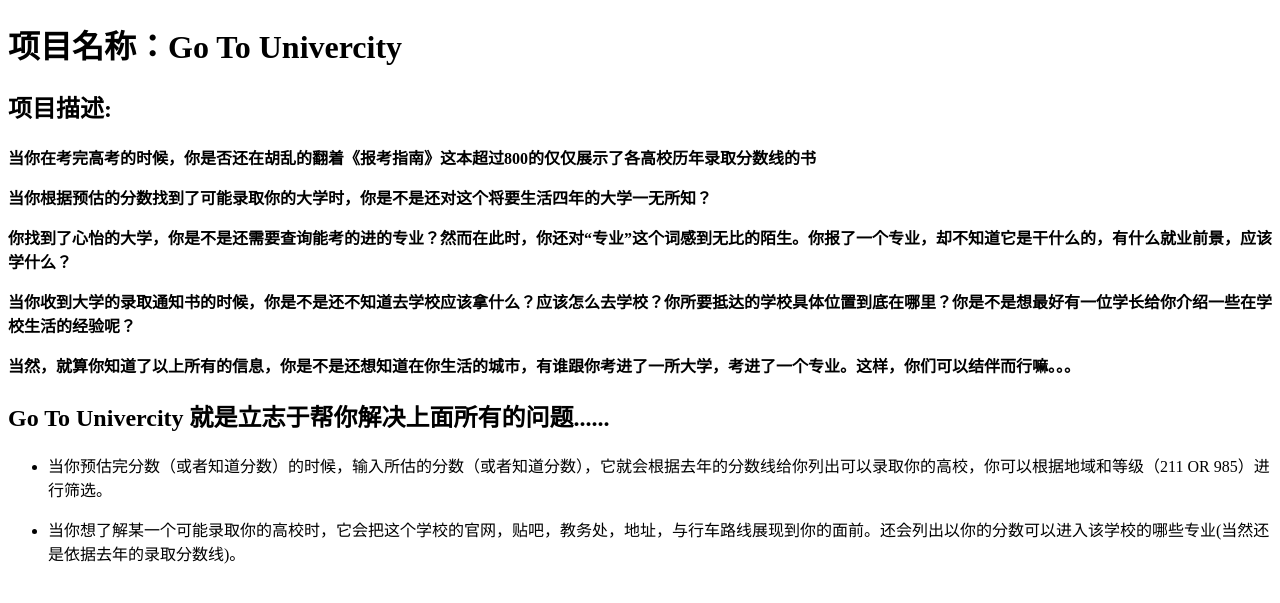
Repository: SUT-GC/GoToUnivercity
Page: http://localhost/GoToUniversity/ideasource/idea.jsp
The author's editor kept a copy of each file at every save. The page is drawn from the files as they stood at one save, then again after the next save.
The browser window is 1280 px wide. The pictures show the whole page.
The page is served by Tomcat 9. Nobody is signed in. The application's start-up code is not run.

Above is the page before, as saved 2015-11-16 11:07:52.

### GoToUniversity/WebContent/ideasource/idea.jsp
<%@ page language="java" contentType="text/html; charset=UTF-8"
    pageEncoding="UTF-8"%>
<!DOCTYPE html PUBLIC "-//W3C//DTD HTML 4.01 Transitional//EN" "http://www.w3.org/TR/html4/loose.dtd">
<html>
<head>
<meta http-equiv="Content-Type" content="text/html; charset=UTF-8">
<title>Idea Source</title>
</head>
<body>
	<div class="content">
		<div class="content_head">
			<h1>项目名称：Go To Univercity</h1>
		</div>
		<div class="content_body">
			<div class="content_body_description">
				<h2>项目描述:</h2>
				<h4>
					<p>当你在考完高考的时候，你是否还在胡乱的翻着《报考指南》这本超过800的仅仅展示了各高校历年录取分数线的书</p>
					<p>当你根据预估的分数找到了可能录取你的大学时，你是不是还对这个将要生活四年的大学一无所知？</p>
					<p>你找到了心怡的大学，你是不是还需要查询能考的进的专业？然而在此时，你还对“专业”这个词感到无比的陌生。你报了一个专业，却不知道它是干什么的，有什么就业前景，应该学什么？</p>
					<p>当你收到大学的录取通知书的时候，你是不是还不知道去学校应该拿什么？应该怎么去学校？你所要抵达的学校具体位置到底在哪里？你是不是想最好有一位学长给你介绍一些在学校生活的经验呢？</p>
					<p>当然，就算你知道了以上所有的信息，你是不是还想知道在你生活的城市，有谁跟你考进了一所大学，考进了一个专业。这样，你们可以结伴而行嘛。。。</p>
				</h4>
			</div>
			<div class="content_body_content">
				<h2>Go To Univercity 就是立志于帮你解决上面所有的问题......</h2>
				<ul>
					<li><p>当你预估完分数（或者知道分数）的时候，输入所估的分数（或者知道分数），它就会根据去年的分数线给你列出可以录取你的高校，你可以根据地域和等级（211 OR 985）进行筛选。</p></li>
					<li><p>当你想了解某一个可能录取你的高校时，它会把这个学校的官网，贴吧，教务处，地址，与行车路线展现到你的面前。还会列出以你的分数可以进入该学校的哪些专业(当然还是依据去年的录取分数线)。</p></li>

				</ul>
			</div>
		</div>
	</div>
</body>
</html>

After the next save:
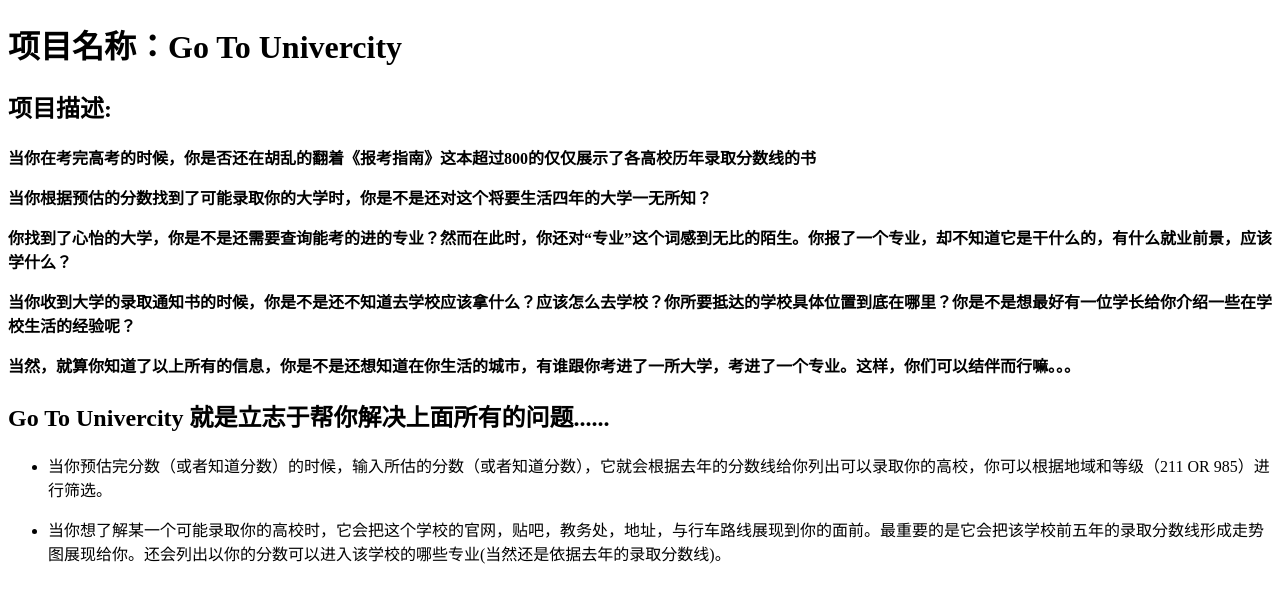
Saved 92 s later.
--- a/GoToUniversity/WebContent/ideasource/idea.jsp
+++ b/GoToUniversity/WebContent/ideasource/idea.jsp
@@ -26,7 +26,8 @@
 				<h2>Go To Univercity 就是立志于帮你解决上面所有的问题......</h2>
 				<ul>
 					<li><p>当你预估完分数（或者知道分数）的时候，输入所估的分数（或者知道分数），它就会根据去年的分数线给你列出可以录取你的高校，你可以根据地域和等级（211 OR 985）进行筛选。</p></li>
-					<li><p>当你想了解某一个可能录取你的高校时，它会把这个学校的官网，贴吧，教务处，地址，与行车路线展现到你的面前。还会列出以你的分数可以进入该学校的哪些专业(当然还是依据去年的录取分数线)。</p></li>
+					<li><p>当你想了解某一个可能录取你的高校时，它会把这个学校的官网，贴吧，教务处，地址，与行车路线展现到你的面前。最重要的是它会把该学校前五年的录取分数线形成走势图展现给你。还会列出以你的分数可以进入该学校的哪些专业(当然还是依据去年的录取分数线)。</p></li>
+
 
 				</ul>
 			</div>
